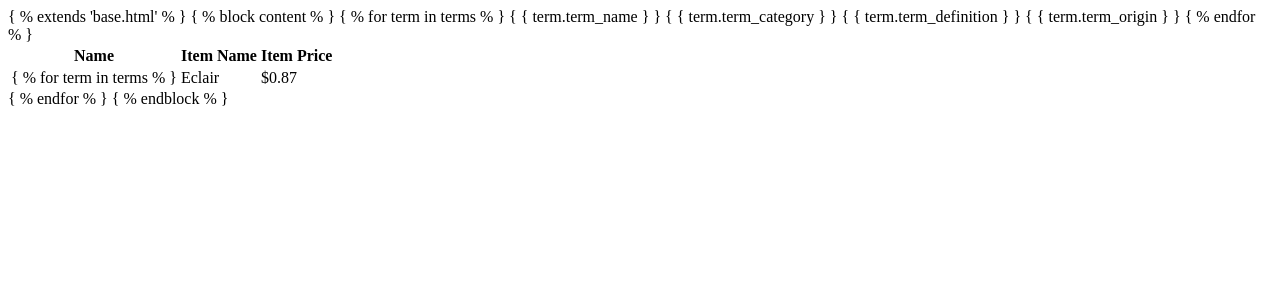
Repository: kalkiboru111/irish-dictionary-of-received-ideas
Page: http://localhost/
The author's editor kept a record of every edit. The page is drawn from the files as they stood at one moment, then again after the next edit.
The browser window is 1280 px wide. The pictures show the whole page.
The page is served by the project's application, run on Flask 3 (app.py). Queries for data that is not in the repository find no rows.

Above is the page before.

### templates/terms.html
{ % extends 'base.html' % } { % block content % } { % for term in terms % } { { term.term_name } } { { term.term_category } } { { term.term_definition } } { { term.term_origin } } { % endfor % }

<div class="container">
    <table class="striped centered responsive-table">
        <thead>
            <tr>
                <th>Name</th>
                <th>Item Name</th>
                <th>Item Price</th>
            </tr>
        </thead>

        <tbody>
            <tr>
                <td>
                    { % for term in terms % }
                </td>
                <td>Eclair</td>
                <td>$0.87</td>

            </tr>
        </tbody>
    </table>
</div>
{ % endfor % }

{ % endblock % }

### app.py
import os
from flask import Flask, render_template, redirect, request, url_for
from flask_pymongo import PyMongo
from bson.objectid import ObjectId

app = Flask(__name__)

app.config['MONGO_DBNAME'] = 'irish_dictionary'
app.config["MONGO_URI"] = os.getenv("MONGO_URI")

mongo = PyMongo(app)

@app.route('/')

# View directs user to terms page
@app.route('/get_terms')
def get_terms():
    return render_template("terms.html", terms=mongo.db.terms.find())


if __name__ == '__main__':
    app.run(host=os.environ.get('IP'),
            port=int(os.environ.get('PORT')),
            debug=True)

After the next edit:
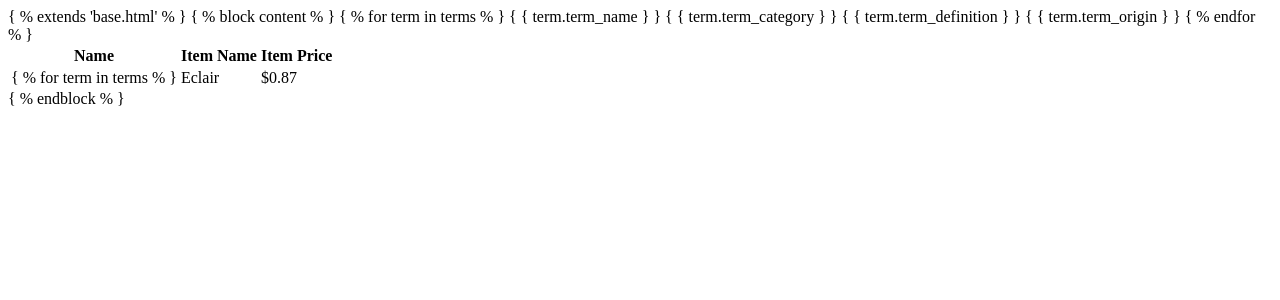
The edit:
--- a/templates/terms.html
+++ b/templates/terms.html
@@ -22,6 +22,6 @@
         </tbody>
     </table>
 </div>
-{ % endfor % }
+
 
 { % endblock % }
